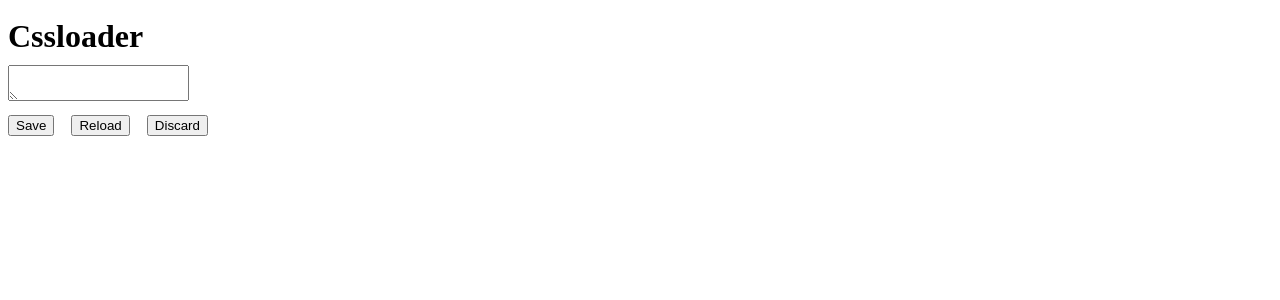
Repository: officialErnests/cssLoader
Page: popup.html
These files come from the project's save history. The page is drawn as it stood at one moment and after the next save; the edit follows.
The browser window is 1280 px wide. The pictures show the whole page.

Above is the page before, as saved 2026-06-19 13:29:02.
Console error: TypeError: Cannot read properties of null (reading 'addEventListener')

After the next save:
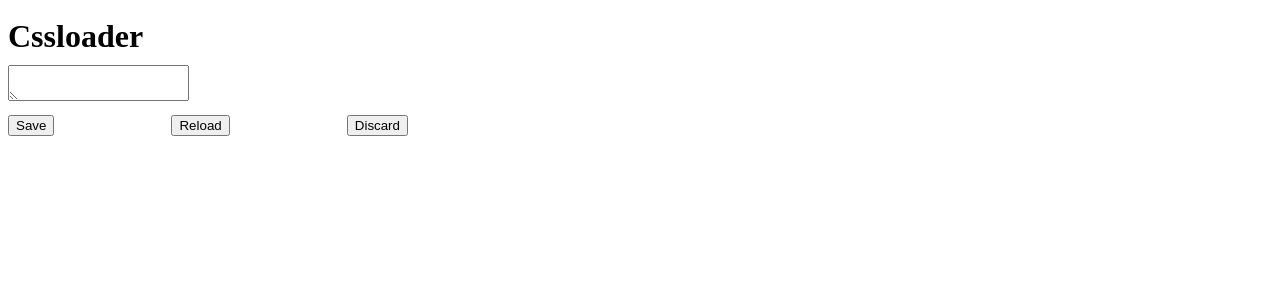
Saved 7 s later.
--- a/style.css
+++ b/style.css
@@ -3,8 +3,8 @@ body {
     flex-direction: column;
     gap: 10px;
     overflow: hidden;
-    width: 200px;
-    height: 200px;
+    width: 400px;
+    height: 400px;
 }
 * {
 
